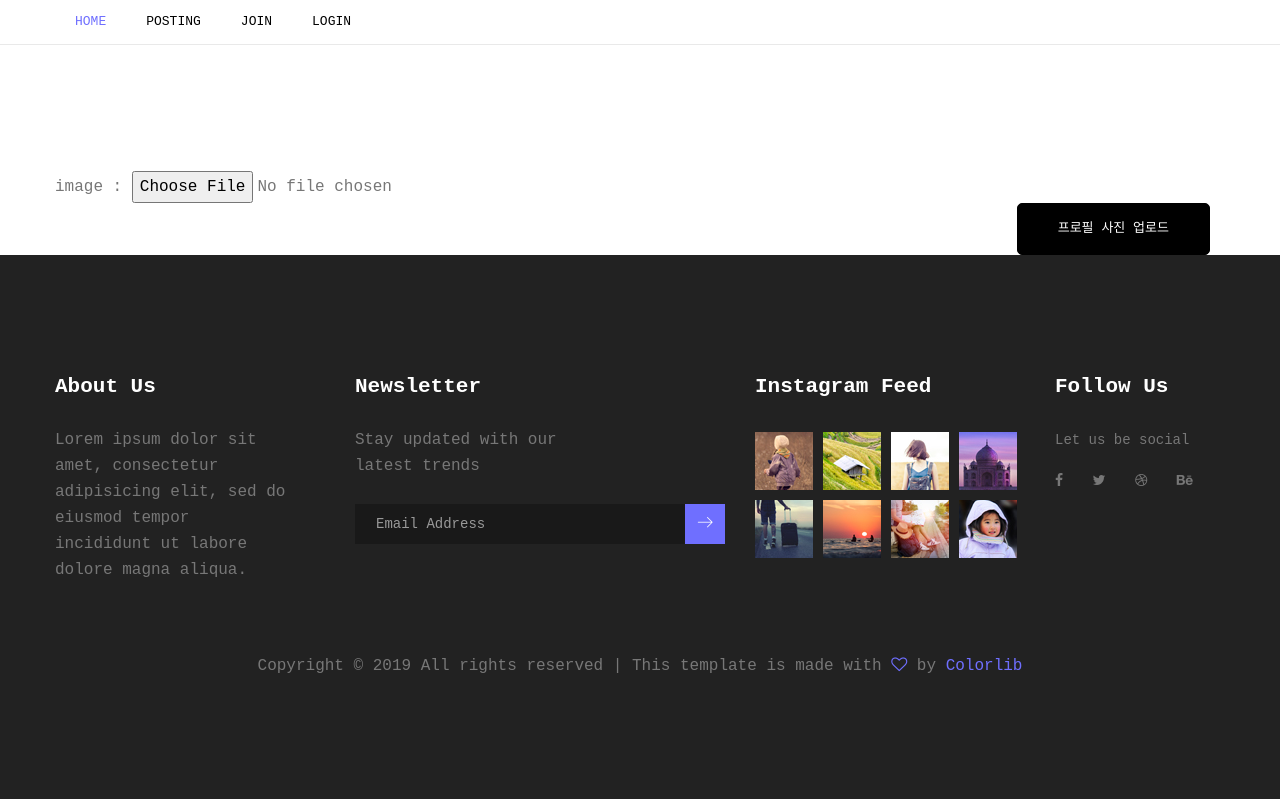
Repository: cwj2306/blog_project_2
Page: http://localhost/blog/user/userProfileForm.jsp
These files come from the project's save history. The page is drawn as it stood at one moment and after the next save; the edit follows.
The browser window is 1280 px wide. The pictures show the whole page.
Some web fonts or font styles are not loaded; a fallback is used. The page is served by Tomcat 9.

Above is the page before, as saved 2019-11-12 06:24:24.

After the next save:
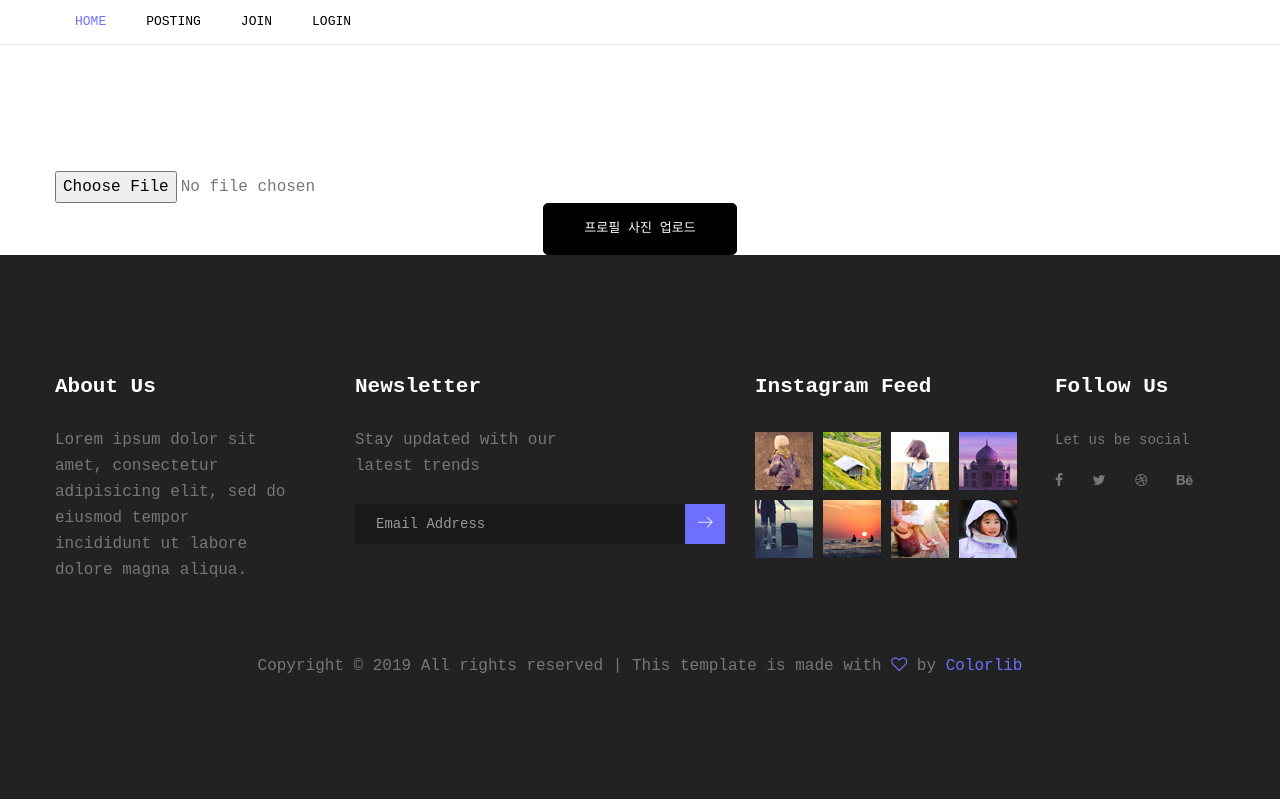
Saved 98 s later.
--- a/blog/WebContent/user/userProfileForm.jsp
+++ b/blog/WebContent/user/userProfileForm.jsp
@@ -20,8 +20,8 @@
 
 				<!-- enctype는 mime타입에서 찾아봐서 써주자 -->
 				<form action="/blog/user?cmd=uploadProfileImg" method="POST" enctype="multipart/form-data">
-					image : <input id="img__input" type="file" name="userProfile" /><br />
-					<div class="col-md-12 text-right">
+					<input id="img__input" type="file" name="userProfile" /><br />
+					<div class="col-md-12 text-center">
 						<input type="submit" class="btn submit_btn" value="프로필 사진 업로드" />
 					</div>
 				</form>
